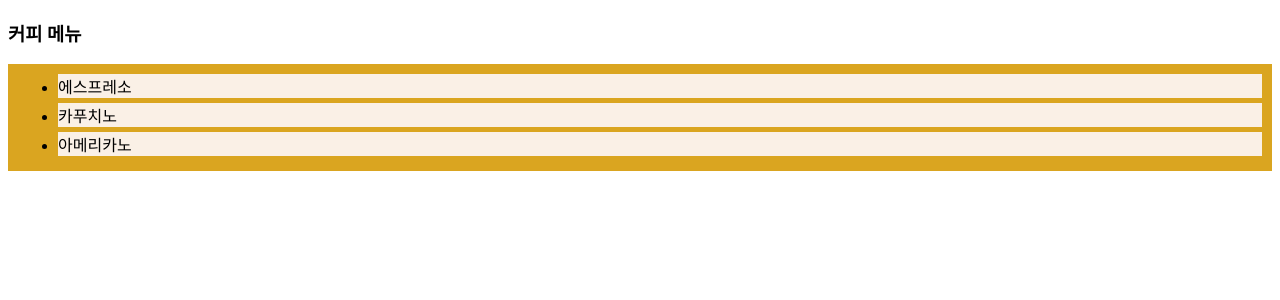
Repository: buildadoor/eclipse
Page: frontWeb/src/main/webapp/a05_cssHigh/a09_listCss.html
These files come from the project's save history. The page is drawn as it stood at one moment and after the next save; the edit follows.
The browser window is 1280 px wide. The pictures show the whole page.

Above is the page before, as saved 2022-11-10 03:45:01.

### frontWeb/src/main/webapp/a05_cssHigh/a09_listCss.html
<!DOCTYPE html>
<html>
<head>
<meta charset="UTF-8">
<title>Insert title here</title>
<style type="text/css">
/*
# 리스트 모양을 꾸미는 css3 속성들
1. list-style-type : 아이템 마커 타입 지정
2. list-style-image : 아이템 마커 이미지 지정
3. list-style-postition : 아이템 마커의 출력 위치 지정 (아이템 영역 내 혹은 영역 바깥)
4. list-style : 위의 3개의 속성 값을 한 번에 지정하는 단축 속성
*/
ul{ background:goldenrod;padding:10px 10px 10px 50px;}
ul li{
	background:linen;margin-bottom:5px;
}
</style>
</head>
<body>
<h3>커피 메뉴</h3>
<ul>
		<li>에스프레소
		<li>카푸치노
		<li>아메리카노
</ul>
</body>
</html>

After the next save:
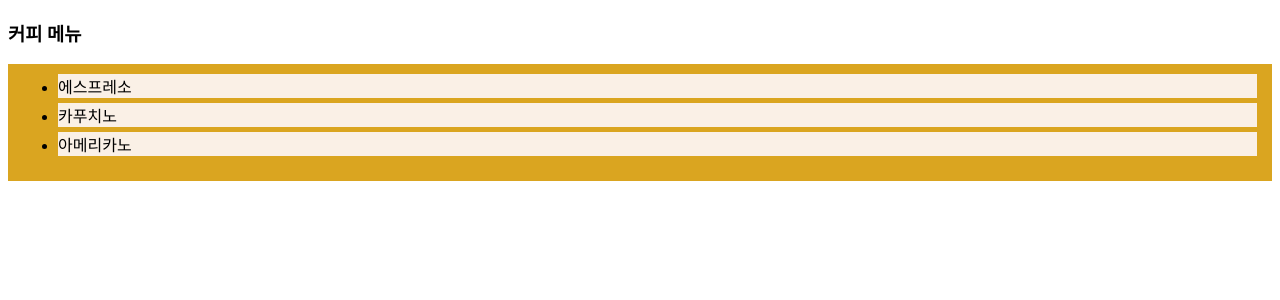
Saved 2 min 40 s later.
--- a/frontWeb/src/main/webapp/a05_cssHigh/a09_listCss.html
+++ b/frontWeb/src/main/webapp/a05_cssHigh/a09_listCss.html
@@ -11,7 +11,7 @@
 3. list-style-postition : 아이템 마커의 출력 위치 지정 (아이템 영역 내 혹은 영역 바깥)
 4. list-style : 위의 3개의 속성 값을 한 번에 지정하는 단축 속성
 */
-ul{ background:goldenrod;padding:10px 10px 10px 50px;}
+ul{ background:goldenrod;padding:10px 15px 20px 50px;}
 ul li{
 	background:linen;margin-bottom:5px;
 }
